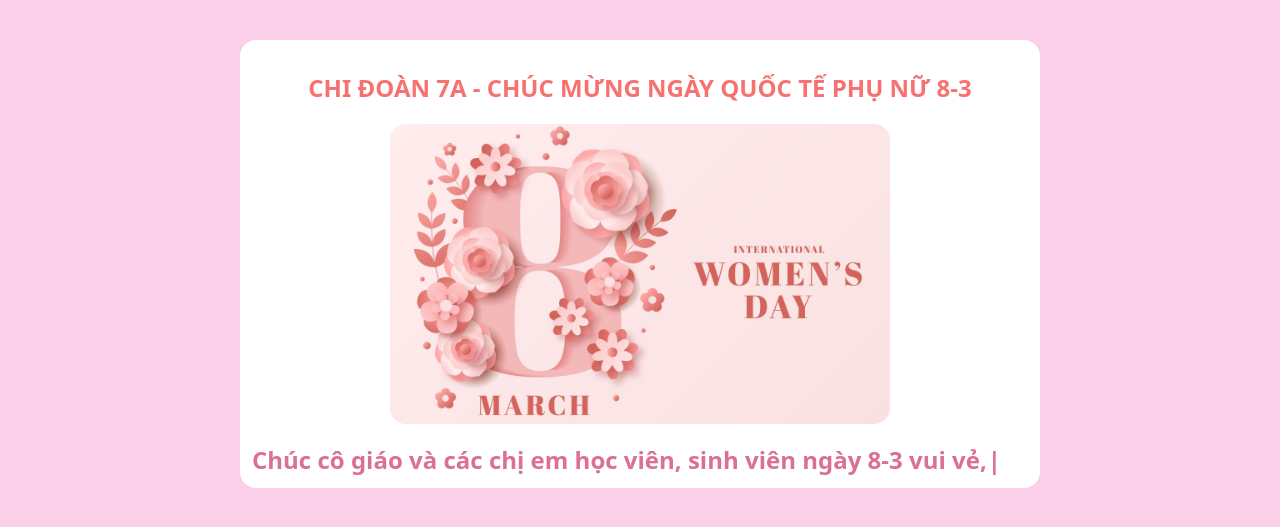
Repository: hoang0508/web-837A
Page: /
These files come from the project's save history. The page is drawn as it stood at one moment and after the next save; the edit follows.
The browser window is 1280 px wide. The pictures show the whole page.
Some web fonts or font styles are not loaded; a fallback is used. The project was rebuilt for these pictures with package versions that can differ from the ones it lists, and the page was loaded fresh each time. Also part of the build but not shown: vite.config.js.

Above is the page before, as saved 2025-02-28 19:05:36.

After the next save:
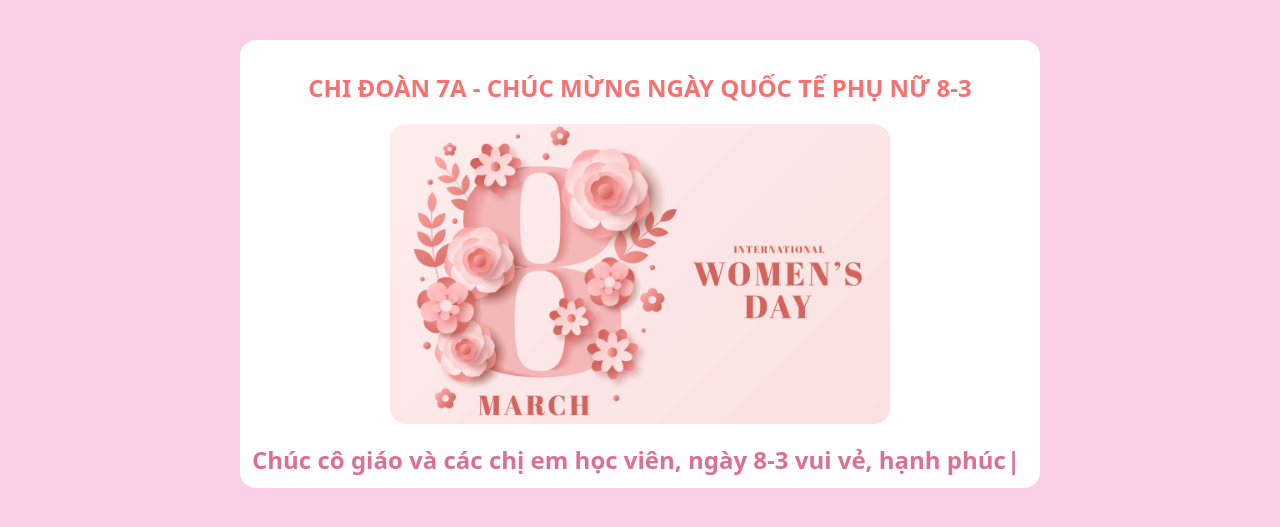
Saved 51 s later.
--- a/src/App.jsx
+++ b/src/App.jsx
@@ -25,7 +25,7 @@ function App() {
           <Typewriter
             options={{
               strings: [
-                `${"Chúc cô giáo và các chị em học viên, sinh viên ngày 8-3 vui vẻ, hạnh phúc, luôn mạnh khỏe và thành công! 🌸💐❤️❤️❤️💰"}`,
+                `${"Chúc cô giáo và các chị em học viên, ngày 8-3 vui vẻ, hạnh phúc, luôn mạnh khỏe và thành công! 🌸💐❤️❤️❤️💰"}`,
               ],
               delay: 75,
               autoStart: true,
